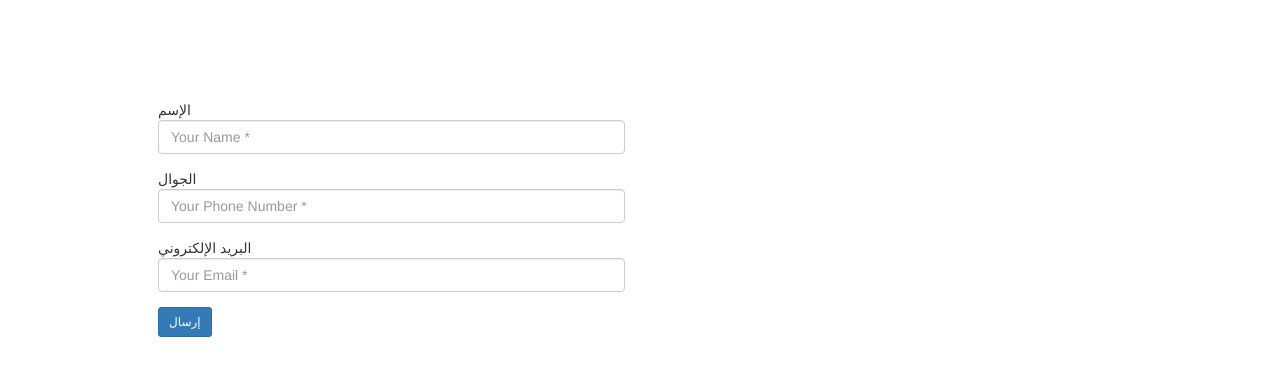
Repository: Abdaljawad-Aya/Itbeep-task
Page: http://localhost/form-user
The author's editor kept a copy of each file at every save. The page is drawn from the files as they stood at one save, then again after the next save.
The browser window is 1280 px wide. The pictures show the whole page.
The page is served by the project's Laravel application, run on PHP 8.4 with Laravel 8.

Above is the page before, as saved 2021-03-07 17:16:06.

After the next save:
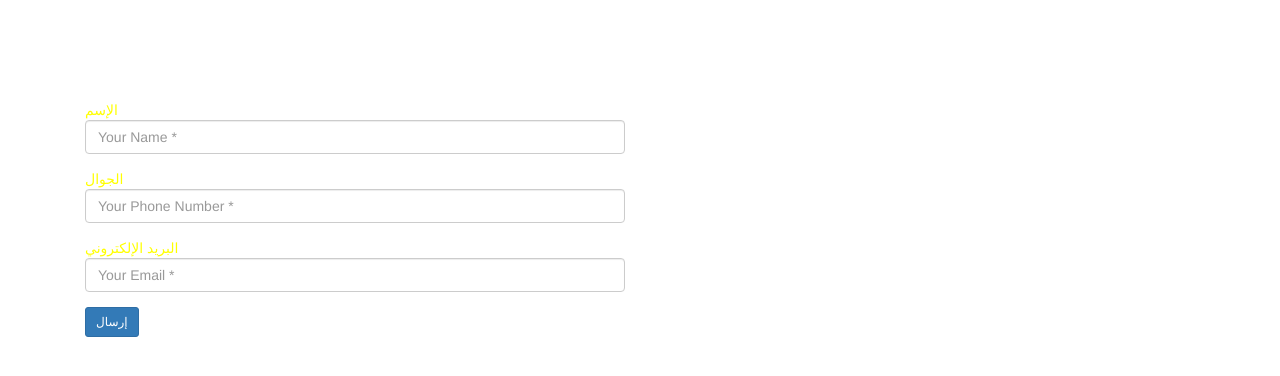
Saved 29 s later.
--- a/singlePageApp/style.css
+++ b/singlePageApp/style.css
@@ -1,4 +1,3 @@
 .center_div {
-  margin: 0 auto;
-  width: 80%; /* value of your choice which suits your alignment */
+  color: yellow;
 }
